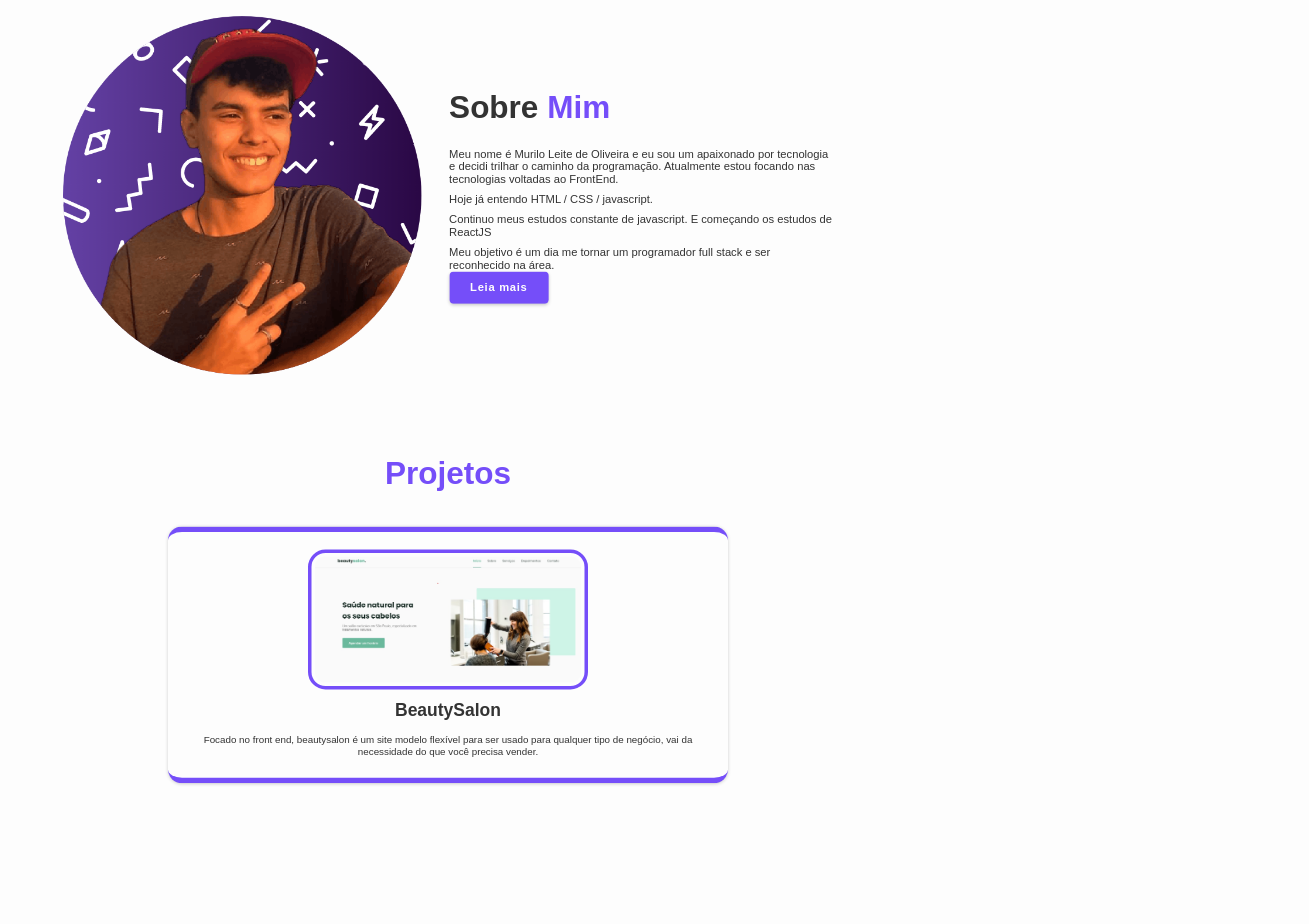
Repository: devMuriloOliveira/Portfolio-
Page: index.html
These files come from the project's save history. The page is drawn as it stood at one moment and after the next save; the edit follows.
The browser window is 1280 px wide. The page is 1280 px wide, then 1870 px, so the pictures cover 1870 px, including what lies to the right of the window. The pictures show the part of the page from y = 840 to 2160 px (the page is 2160 px tall), at 70% of full size.

Above is the page before, as saved 2023-03-12 17:51:47.

After the next save:
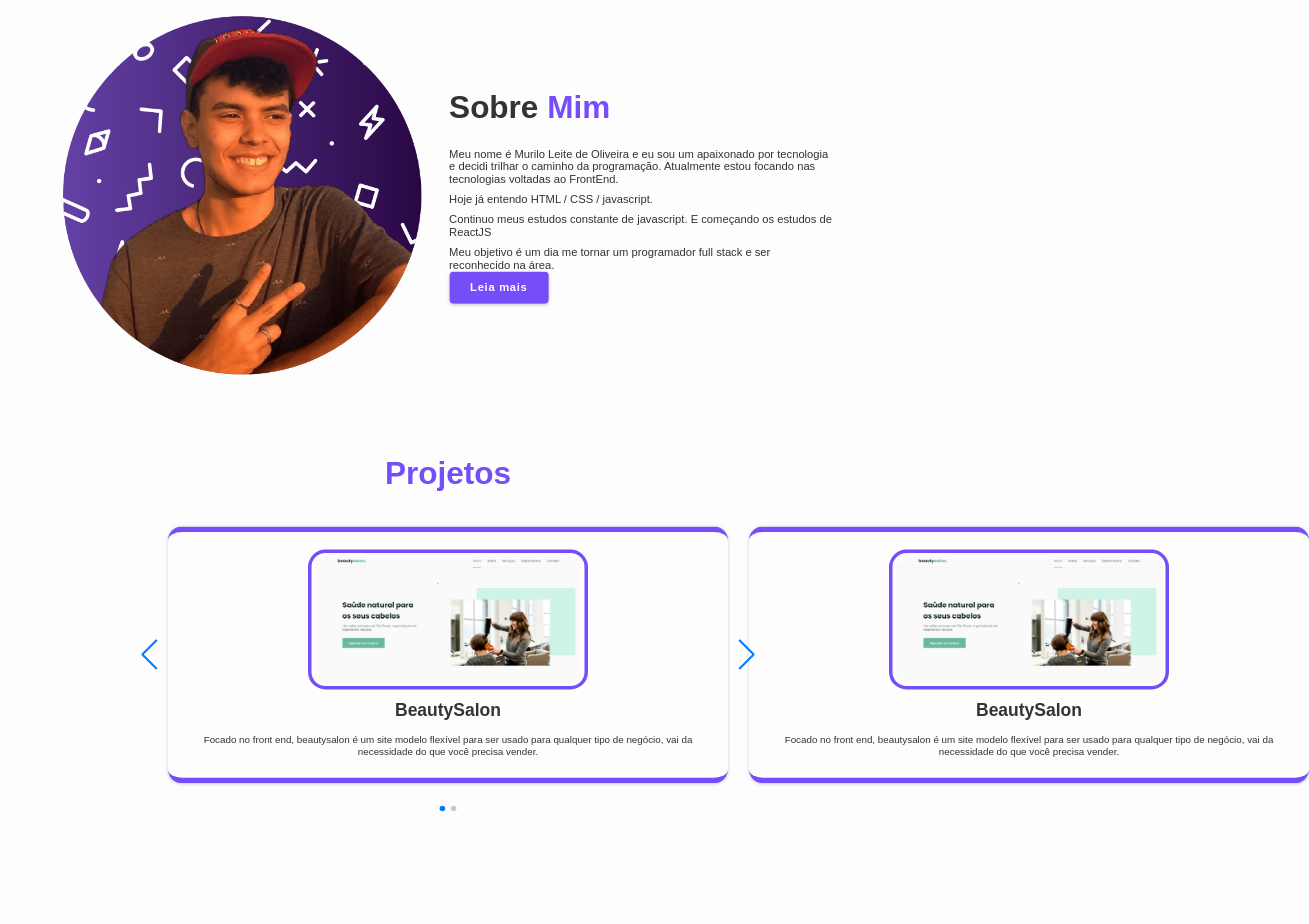
Saved 97 s later.
--- a/index.html
+++ b/index.html
@@ -141,6 +141,16 @@
                 que você precisa vender.
               </p>
             </div>
+
+            <div class="projetos-slide swiper-slide">
+              <img src="/assets/salon.jpg" alt="" />
+              <h3>BeautySalon</h3>
+              <p>
+                Focado no front end, beautysalon é um site modelo flexível para
+                ser usado para qualquer tipo de negócio, vai da necessidade do
+                que você precisa vender.
+              </p>
+            </div>
           </div>
 
           <div class="swiper-button-next"></div>
